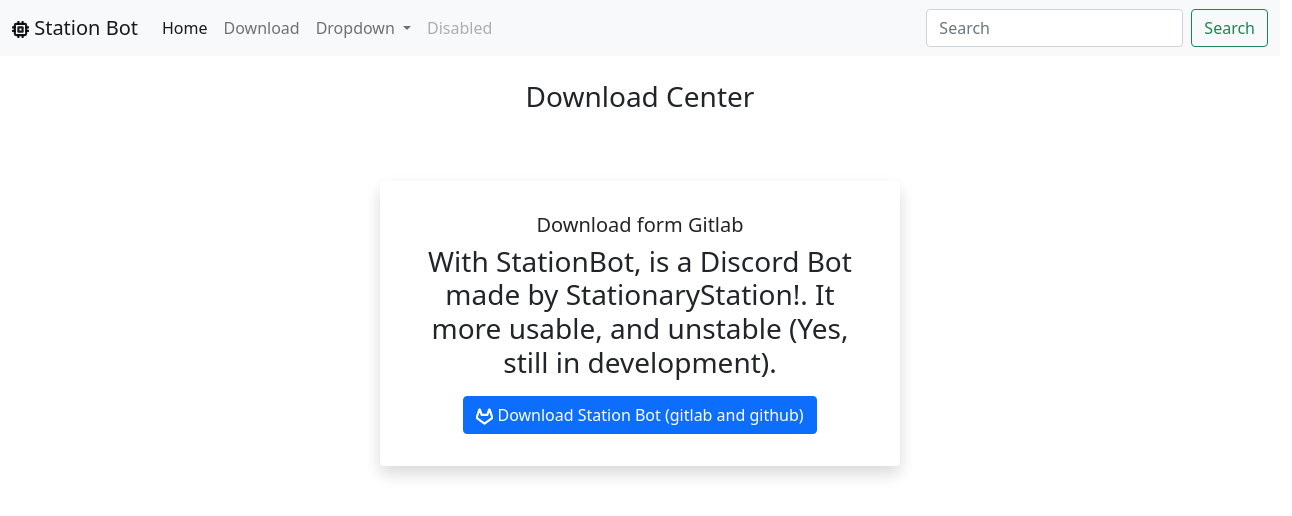
Repository: Valenplayer3000/StationBot-Web
Page: downloads.html
The author's editor kept a copy of each file at every save. The page is drawn from the files as they stood at one save, then again after the next save.
The browser window is 1280 px wide. The page is 1292 px wide, so the pictures cover 1292 px, including what lies to the right of the window. The pictures show the whole page.
Some web libraries are served in a nearby version.

Above is the page before, as saved 2021-11-02 09:14:43.

After the next save:
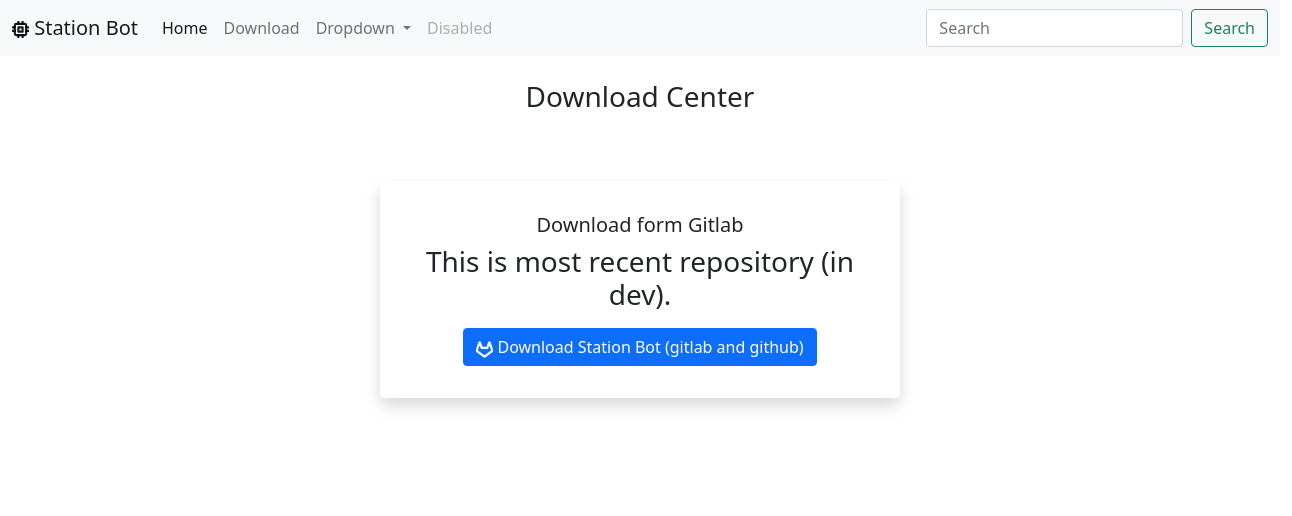
Saved 69 s later.
--- a/downloads.html
+++ b/downloads.html
@@ -63,7 +63,7 @@
           <div class="shadow p-3 mb-5 bg-body rounded">
             <div class="card-body">
               <h5 class="card-title">Download form Gitlab</h5>
-              <p class="card-text">With StationBot, is a Discord Bot made by StationaryStation!. It more usable, and unstable (Yes, still in development).</p>
+              <p class="card-text">This is most recent repository (in dev).</p>
               <!-- Button trigger modal -->
                 <button type="button" class="btn btn-primary" data-bs-toggle="modal" data-bs-target="#exampleModal"> <i data-feather="gitlab"></i>  Download Station Bot (gitlab and github)
                 </button>
